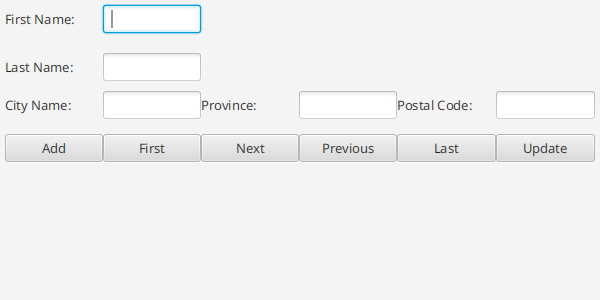
Repository: Mselenko/Java
Program's window: java w_5/JavaFx/src/task_2/AddressBook.java
An editor plug-in stored every save of this project. The program's window is shown before and after the next save, followed by the edit.
It runs on Java 21 on a 1366 x 768 screen with JavaFX 11; the title bar is not drawn.

Above is the program's window before, as saved 2019-06-21 23:15:08.

After the next save:
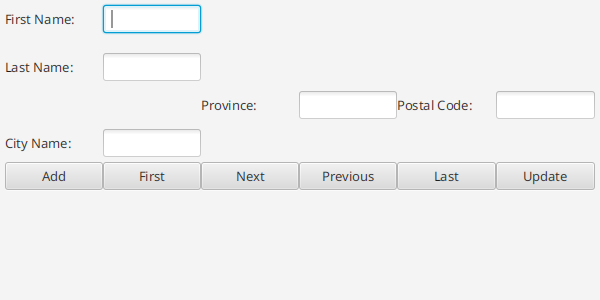
Saved 33 s later.
--- a/w_5/JavaFx/src/task_2/AddressBook.java
+++ b/w_5/JavaFx/src/task_2/AddressBook.java
@@ -37,11 +37,9 @@
         TextField secondValue = new TextField();
         rootNode.add(secondValue, 1, 4);
 
-        rootNode.add(new Label("City Name: "), 0, 6);
-
+        rootNode.add(new Label("City Name: "), 0, 8);
         TextField city = new TextField();
-
-        rootNode.add(city, 1, 6);
+        rootNode.add(city, 1, 8);
 
 rootNode.add(new Label("Province: "), 2, 6);
 
